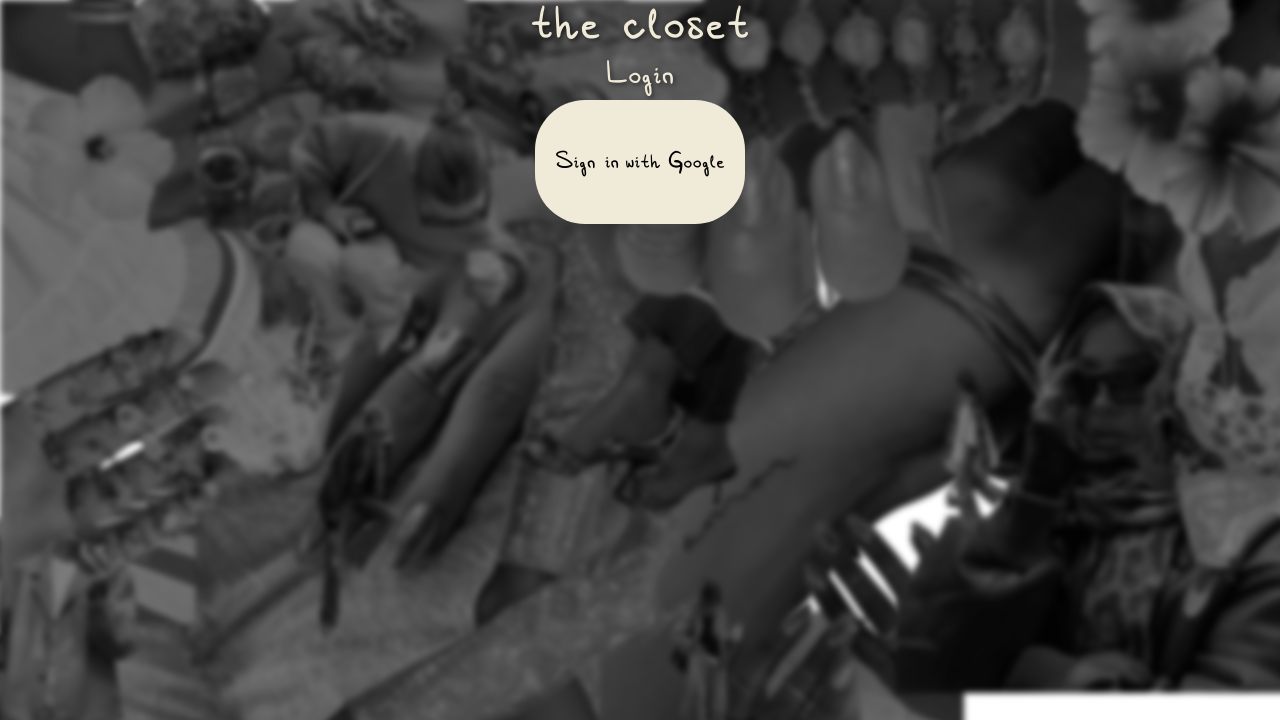
Repository: karla-sikavica/theCloset
Page: / (app in frontend/)
These files come from the project's save history. The page is drawn as it stood at one moment and after the next save; the edit follows.
The browser window is 1280 px wide. The pictures show the whole page.
The project was rebuilt for these pictures with package versions that can differ from the ones it lists, and the page was loaded fresh each time. Also part of the build but not shown: frontend/vite.config.ts.

Above is the page before, as saved 2025-03-29 16:55:29.

### frontend/src/index.css
@font-face {
  font-family: 'Kalla';
  src: url('/fonts/Kalla-Regular.ttf') format('truetype');
  font-weight: 400;
  font-style: normal;
}

:root {
  font-family: 'Kalla', 'Times New Roman', Avenir, Helvetica, Arial, sans-serif;
  line-height: 50px;
  font-weight: 400;
  display: block;


  font-synthesis: none;
  text-rendering: optimizeLegibility;
  -webkit-font-smoothing: antialiased;
  -moz-osx-font-smoothing: grayscale;
}

### frontend/src/App.tsx
import { BrowserRouter as Router, Routes, Route } from "react-router-dom";
import "./App.css";
import Login from "./pages/Login";
import Collage from "./components/ui/Collage";

function App() {
  return (
    <Router>
      <Collage />

      <div className="main-content">
        <Routes>
          <Route path="/" element={<Login></Login>} />
          <Route path="/login" element={<Login />} />
        </Routes>
      </div>
    </Router>
  );
}

export default App;

### frontend/src/App.css
#root {
  max-width: 1280px;
  margin: 0 auto;
  padding: 2rem;
  text-align: center;
}

body {
  color:#f0ebd8  ;
  text-shadow: 2px 2px 4px rgba(0, 0, 0, 0.5);
}

body, html, #root {
  margin: 0;
  padding: 0;
  height: 100%;
  width: 100%;
  overflow: hidden;
}

/* Optional: to make sure your app content appears above the collage */
.main-content {
  z-index: 10;

   position: relative;
  /*pointer-events: auto;
  height: 100%; */
}

/*
body::before {
  content: "";
  position: fixed;
  top: 0;
  left: 0;
  width: 100vh;
  height: 100vw;
  background-image: url("/images/download.jpeg");
  background-repeat: no-repeat;
  background-size: cover;
  background-position: center;
  transform: rotate(270deg) translate(-100vh, 0);
  transform-origin: top left;
  z-index: -1;
}

body::after {
  content: "";
  position: fixed;
  top: 0;
  left: 0;
  width: 100vw;
  height: 100vh;
  /* background: rgba(50, 30, 10, 0.6); */
/*   z-index: -1;
 *//* */

### frontend/src/pages/Login.tsx
import GoogleLogin from "../components/ui/GoogleLogin";

function Login() {
  return (
    <div style={{ margin: "auto" }}>
      <h1 style={{ fontSize: 100, margin: 0 }}>the closet</h1>
      <h2 style={{ fontSize: 60, margin: 0 }}>Login</h2>
      <div style={{ textAlign: "center" }}>
        <GoogleLogin></GoogleLogin>
      </div>
    </div>
  );
}

export default Login;

### frontend/src/components/ui/Collage.tsx
import React, { useEffect, useRef } from "react";
import "../css/Collage.css";

/* const imageCount = 32;
 */
type CollageImage = {
  src: string;
  top: string;
  left: string;
  width: string;
  rotate?: string;
  zIndex?: number;
};

const collageConfig: CollageImage[] = [
  {
    src: "/images/photo%20(1).png",
    top: "45%",
    left: "0%",
    width: "250px",
    rotate: "0deg",
    zIndex: 2,
  },
  {
    src: "/images/photo%20(2).png",
    top: "30%",
    left: "25%",
    width: "400px",
    rotate: "0deg",
    zIndex: 1,
  },
  {
    src: "/images/photo%20(3).png",
    top: "18%",
    left: "40%",
    width: "350px",
    rotate: "0deg",
    zIndex: 0,
  },
  {
    src: "/images/photo%20(4).png",
    top: "-5%",
    left: "55%",
    width: "400px",
    rotate: "0deg",
    zIndex: 2,
  },
  {
    src: "/images/photo%20(5).png",
    top: "30%",
    left: "40%",
    width: "260px",
    rotate: "0deg",
    zIndex: 1,
  },
  {
    src: "/images/photo%20(6).png",
    top: "10%",
    left: "18%",
    width: "300px",
    rotate: "0deg",
    zIndex: 4,
  },
  {
    src: "/images/photo%20(7).png",
    top: "38%",
    left: "70%",
    width: "400px",
    rotate: "0deg",
    zIndex: 1,
  },
  {
    src: "/images/photo%20(8).png",
    top: "0%",
    left: "0%",
    width: "350px",
    rotate: "0deg",
    zIndex: 1,
  },
  {
    src: "/images/photo%20(9).png",
    top: "0%",
    left: "35%",
    width: "280px",
    rotate: "-6deg",
    zIndex: 3,
  },
  {
    src: "/images/photo%20(10).png",
    top: "42%",
    left: "20%",
    width: "200px",
    rotate: "15deg",
    zIndex: 1,
  },
  {
    src: "/images/photo%20(11).png",
    top: "-20%",
    left: "70%",
    width: "400px",
    rotate: "0deg",
    zIndex: 0,
  },
  {
    src: "/images/photo%20(12).png",
    top: "-20%",
    left: "10%",
    width: "350px",
    rotate: "-9deg",
    zIndex: 1,
  },
  {
    src: "/images/photo%20(13).png",
    top: "0%",
    left: "6%",
    width: "550px",
    rotate: "0deg",
    zIndex: 0,
  },
  {
    src: "/images/photo%20(14).png",
    top: "50%",
    left: "-5%",
    width: "260px",
    rotate: "0deg",
    zIndex: 0,
  },
  {
    src: "/images/photo%20(15).png",
    top: "45%",
    left: "70%",
    width: "170px",
    rotate: "-8deg",
    zIndex: 1,
  },
  {
    src: "/images/photo%20(16).png",
    top: "3%",
    left: "48%",
    width: "500px",
    rotate: "3deg",
    zIndex: 0,
  },
  {
    src: "/images/photo%20(17).png",
    top: "0%",
    left: "45%",
    width: "380px",
    rotate: "0deg",
    zIndex: 1,
  },
  {
    src: "/images/photo%20(18).png",
    top: "75%",
    left: "-3%",
    width: "200px",
    rotate: "10deg",
    zIndex: 3,
  },
  {
    src: "/images/photo%20(19).png",
    top: "22%",
    left: "86%",
    width: "290px",
    rotate: "0deg",
    zIndex: 2,
  },
  {
    src: "/images/photo%20(30).png",
    top: "-20%",
    left: "80%",
    width: "300px",
    rotate: "-27deg",
    zIndex: 3,
  },
  {
    src: "/images/photo%20(29).png",
    top: "-5%",
    left: "-2%",
    width: "270px",
    rotate: "150deg",
    zIndex: 3,
  },
  {
    src: "/images/photo%20(22).png",
    top: "65%",
    left: "55%",
    width: "260px",
    rotate: "180deg",
    zIndex: 0,
  },
  {
    src: "/images/photo%20(25).png",
    top: "80%",
    left: "52%",
    width: "80px",
    rotate: "0deg",
    zIndex: 2,
  } /*,
  {
    src: "/images/photo%20(24).png",
    top: "15%",
    left: "50%",
    width: "190px",
    rotate: "6deg",
    zIndex: 1,
  },
  {
    src: "/images/photo%20(25).png",
    top: "10%",
    left: "30%",
    width: "160px",
    rotate: "-4deg",
    zIndex: 3,
  },
  {
    src: "/images/photo%20(26).png",
    top: "40%",
    left: "50%",
    width: "170px",
    rotate: "11deg",
    zIndex: 2,
  },
  {
    src: "/images/photo%20(27).png",
    top: "50%",
    left: "75%",
    width: "180px",
    rotate: "-9deg",
    zIndex: 1,
  },
  {
    src: "/images/photo%20(28).png",
    top: "35%",
    left: "10%",
    width: "200px",
    rotate: "4deg",
    zIndex: 2,
  },
  {
    src: "/images/photo%20(29).png",
    top: "25%",
    left: "65%",
    width: "190px",
    rotate: "-5deg",
    zIndex: 3,
  },
  {
    src: "/images/photo%20(30).png",
    top: "70%",
    left: "85%",
    width: "160px",
    rotate: "6deg",
    zIndex: 1,
  },
  {
    src: "/images/photo%20(31).png",
    top: "80%",
    left: "35%",
    width: "170px",
    rotate: "-3deg",
    zIndex: 2,
  },
  {
    src: "/images/photo%20(32).png",
    top: "90%",
    left: "50%",
    width: "180px",
    rotate: "8deg",
    zIndex: 3,
  }, */,
];

const Collage: React.FC = () => {
  return (
    <div className="collage-background">
      {collageConfig.map((img, index) => (
        <img
          key={index}
          src={img.src}
          alt={`collage-img-${index}`}
          className="collage-img"
          style={{
            top: img.top,
            left: img.left,
            width: img.width,
            transform: `rotate(${img.rotate || "0deg"})`,
            zIndex: img.zIndex || 0,
          }}
        />
      ))}
    </div>
  );
};

export default Collage;

/*
const Collage: React.FC = () => {
  const containerRef = useRef<HTMLDivElement>(null);

  useEffect(() => {
    const container = containerRef.current;
    if (!container) return;

    const imgs = container.querySelectorAll("img");
    imgs.forEach((img) => {
      const x = Math.random() * 100;
      const y = Math.random() * 100;
      const rotate = Math.random() * 20 - 10; // rotate between -10 and +10 degrees
      const z = Math.floor(Math.random() * 10); // random z-index

      img.style.top = `${y}vh`;
      img.style.left = `${x}vw`;
      img.style.transform = `rotate(${rotate}deg)`;
      img.style.zIndex = z.toString();
    });
  }, []);

  return (
    <div className="collage-background" ref={containerRef}>
      {[...Array(imageCount)].map((_, index) => (
        <img
          key={index}
          src={`/images/photo%20(${index + 1}).png`}
          alt={`collage-img-${index}`}
          className="collage-img"
        />
      ))}
    </div>
  );
};

export default Collage; */

### frontend/src/components/ui/GoogleLogin.tsx
// src/components/GoogleLogin.js
import { signInWithPopup } from "firebase/auth";
import { auth, googleProvider } from "../../firebase";
import GoogleButton from "./GoogleButton";

function GoogleLogin() {
  const handleGoogleLogin = async () => {
    try {
      const result = await signInWithPopup(auth, googleProvider);
      const user = result.user;

      const token = await user.getIdToken();
      console.log("✅ Google login successful! Token:", token);

      const res = await fetch("http://localhost:8080/users", {
        headers: {
          Authorization: `Bearer ${token}`,
        },
      });

      const data = await res.json();
      console.log("Backend response:", data);
    } catch (error: any) {
      console.error("❌ Google login error:", error.message);
    }
  };

  return (
    <div>
      <GoogleButton onClick={handleGoogleLogin}>
        Sign in with Google
      </GoogleButton>{" "}
    </div>
  );
}

export default GoogleLogin;

### frontend/src/components/css/Collage.css

  .collage-background {
    position: fixed;
    top: 0;
    left: 0;
    width: 100vw;
    height: 100vh;
    overflow: hidden;
    z-index: 0;
    pointer-events: auto;
  }

  .collage-img {
    position: absolute;
    object-fit: contain;
    filter: grayscale(100%) blur(3px) brightness(0.5);
    pointer-events: auto;
    border: none;
  }

  .collage-img:hover {
    filter: grayscale(0%);

/*     border: 3px solid bisque;
 */  }

### frontend/src/firebase.ts
import { initializeApp } from "firebase/app";
import { getAuth, GoogleAuthProvider  } from "firebase/auth";

//import { getAnalytics } from "firebase/auth";

const firebaseConfig = {
  apiKey: "AIzaSyAbHQdx6UcrnGOItmjSgqMahJKQc3tssx8",
  authDomain: "thecloset-7ba5e.firebaseapp.com",
  projectId: "thecloset-7ba5e",
  storageBucket: "thecloset-7ba5e.firebasestorage.app",
  messagingSenderId: "77195632073",
  appId: "1:77195632073:web:69fd94b7e825471e71dc18",
  measurementId: "G-8GEFS4DWQG"
};

// Initialize Firebase
const app = initializeApp(firebaseConfig);
export const auth = getAuth(app);
export const googleProvider = new GoogleAuthProvider();


//const analytics = getAnalytics(app);

### frontend/src/components/ui/GoogleButton.tsx
import styles from "../css/GoogleButton.module.css";

interface Props {
  children: React.ReactNode;
  onClick: () => void;
}

const GoogleButton = ({ onClick, children }: Props) => {
  return (
    <button onClick={onClick} className={styles.googleButton}>
      <h3>{children}</h3>
    </button>
  );
};

export default GoogleButton;

### frontend/src/components/css/GoogleButton.module.css
.googleButton{
    border-radius: 50px;
    padding: 5px 20px;
    background-color: #f0ebd8;
    border: none;
    font-family: 'Kalla', sans-serif;
    font-size: 35px;
    font-weight: 400;

}

.googleButton:hover{
    background-color: #cfcbb9;
}

Loaded but not shown: frontend/index.html (common file); frontend/src/main.tsx (common file)

After the next save:
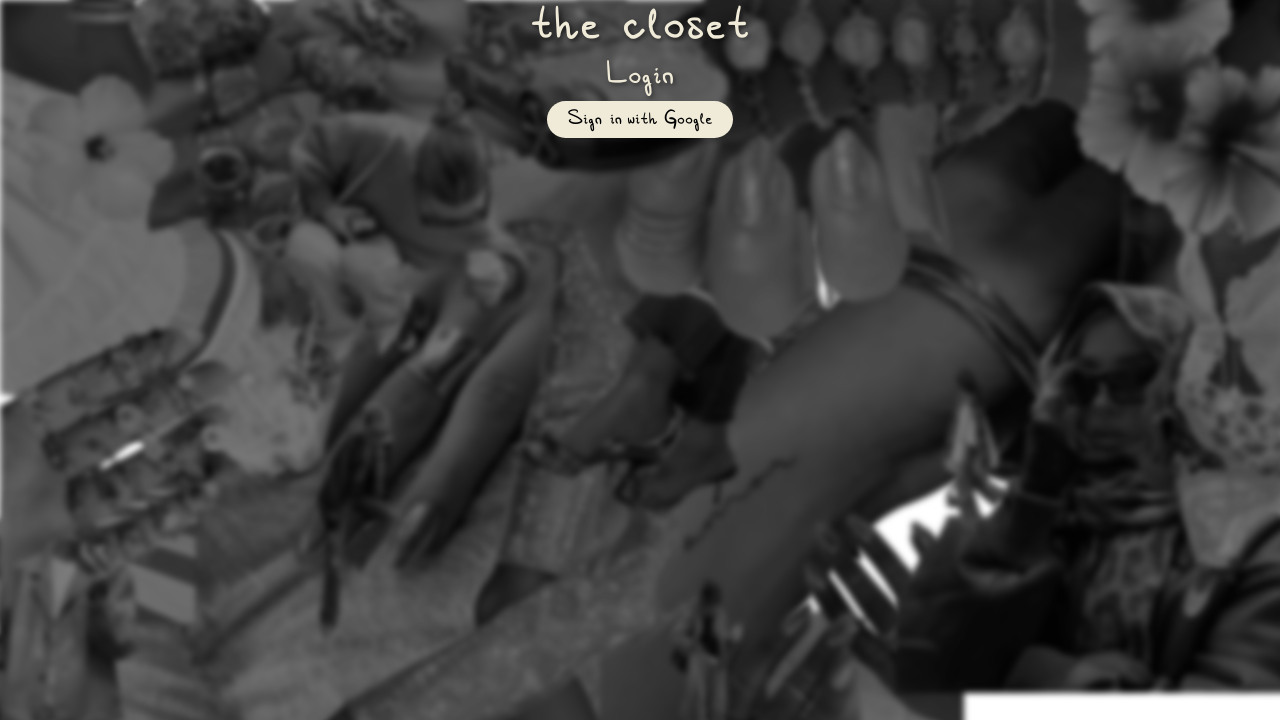
Saved 72 s later.
--- a/frontend/src/components/ui/GoogleButton.tsx
+++ b/frontend/src/components/ui/GoogleButton.tsx
@@ -8,7 +8,7 @@
 const GoogleButton = ({ onClick, children }: Props) => {
   return (
     <button onClick={onClick} className={styles.googleButton}>
-      <h3>{children}</h3>
+      {children}
     </button>
   );
 };
